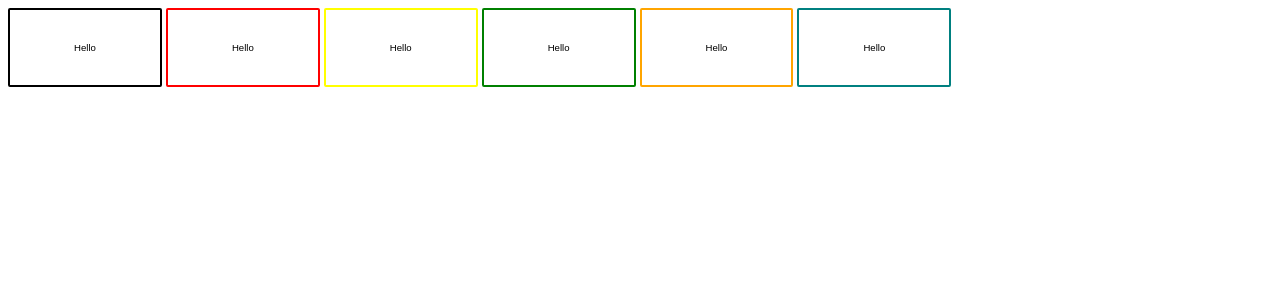
Repository: chaiyilin/css
Page: src/css-variable/01-creating-component-variations-using-css-variables/index.html
The author's editor kept a copy of each file at every save. The page is drawn from the files as they stood at one save, then again after the next save.
The browser window is 1280 px wide. The pictures show the whole page.

Above is the page before, as saved 2018-03-17 23:54:42.

### src/css-variable/01-creating-component-variations-using-css-variables/index.html
<!DOCTYPE html>
<html lang="en" dir="ltr">

<head>
    <meta charset="UTF-8">
    <title>Title</title>
    <link rel="stylesheet" type="text/css" href="index.css" />
</head>

<body>
    <button class="btn">Hello</button>
    <button class="btn red">Hello</button>
    <button class="btn yellow">Hello</button>
    <button class="btn green">Hello</button>
    <button class="btn orange">Hello</button>
    <button class="btn teal">Hello</button>
</body>

</html>

### src/css-variable/01-creating-component-variations-using-css-variables/index.css
.btn {
  padding: 2rem 4rem;
  border: 2px solid var(--color, black);
  background: transparent;
  font-size: 0.6em;
  border-radius: 2px;
}
.btn:hover {
  cursor: pointer;
  background: var(--color, black);
  color: white;
}

/* variations */

.btn.red {
  --color: red;
}
.btn.yellow {
  --color: yellow;
}
.btn.green {
  --color: green;
}
.btn.orange {
  --color: orange;
}
.btn.teal {
  --color: teal;
}

After the next save:
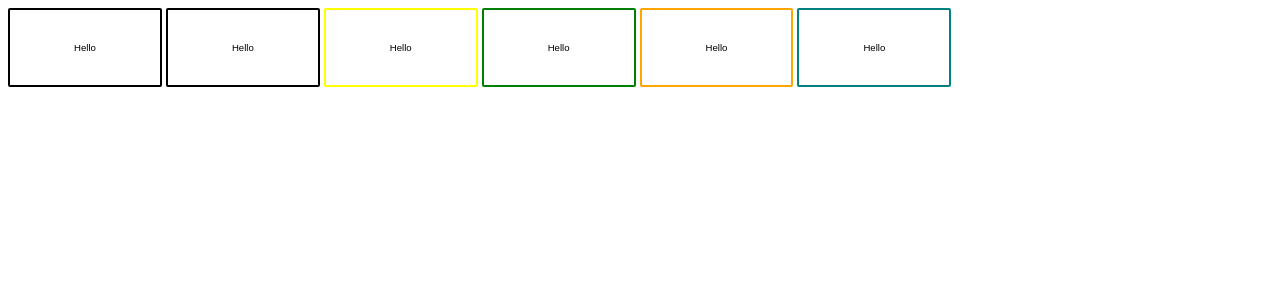
Saved 3 min 23 s later.
--- a/src/css-variable/01-creating-component-variations-using-css-variables/index.css
+++ b/src/css-variable/01-creating-component-variations-using-css-variables/index.css
@@ -14,7 +14,6 @@
 /* variations */
 
 .btn.red {
-  --color: red;
 }
 .btn.yellow {
   --color: yellow;

After the save that followed:
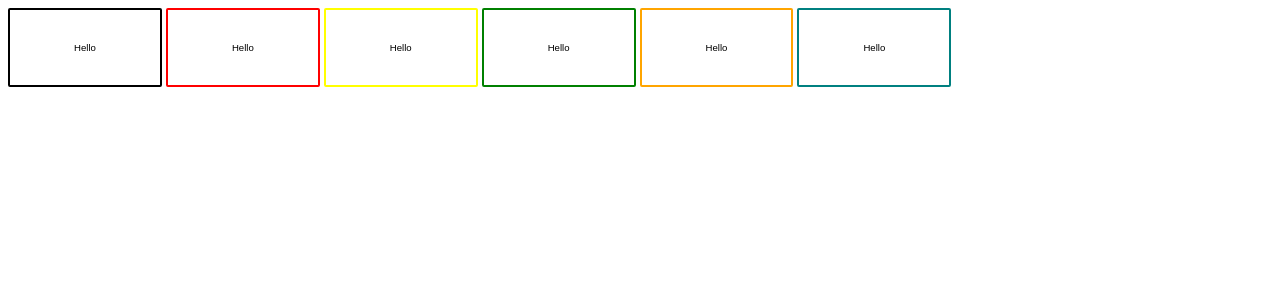
Saved 36 s later.
--- a/src/css-variable/01-creating-component-variations-using-css-variables/index.css
+++ b/src/css-variable/01-creating-component-variations-using-css-variables/index.css
@@ -14,6 +14,7 @@
 /* variations */
 
 .btn.red {
+  --color: red;
 }
 .btn.yellow {
   --color: yellow;
